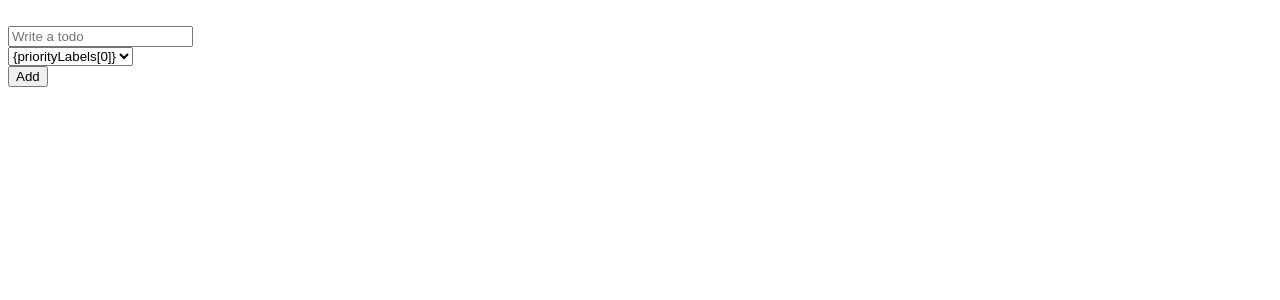
Repository: nicobrinkkemper/firebase-svelte-tododemo
Page: src/components/TodoForm.html
These files come from the project's save history. The page is drawn as it stood at one moment and after the next save; the edit follows.
The browser window is 1280 px wide. The pictures show the whole page.

Above is the page before, as saved 2018-11-24 22:58:22.
Console error: SyntaxError: Cannot use import statement outside a module

### src/components/TodoForm.html
<div class="row">
	<div class="col-md-12">
		<br />
		<div class="input-group">
			<input class="form-control text" type="text" required={true} bind:value="text" placeholder="Write a todo" on:keydown="onSubmit(event)"}
			 />
			<div class="input-group-append">
				<Flatpickr options="{ flatpickrOptions }" bind:value="datetime" placeholder="select date and time" />
			</div>
			<select class="form-control priority" bind:value="priority">
				<option value={0}>{priorityLabels[0]}</option>
				<option value={1}>{priorityLabels[1]}</option>
				<option value={2}>{priorityLabels[2]}</option>
			</select>
			<div class="input-group-append">
				<button class="btn btn-primary" on:click="addTodo()">
					Add
				</button>
			</div>
		</div>
	</div>
</div>
<script>
	import constants from "firebase-svelte-tododemo-constants";
	import Flatpickr from "svelte-flatpickr";
	import Store from "../store";

	const addTodo = () => {
	  const { text, datetime, priority } = this.get();
	  this.store.addTodo({
	    text,
	    datetime,
	    priority
	  });
	};
	const onSubmit = event => {
	  if (event.keyCode === 13) addTodo();
	};
	export default {
	  oncreate() {
	    this.store.on("state", ({ todos }) => {
	      console.log(`hello ${todos}`);
	    });
	  },
	  data: () => ({
	    priorityLabels: constants.PRIORITY,
	    text: "",
	    datetime: new Date(),
	    priority: 0,
	    flatpickrOptions: {
	      enableTime: true,
	      defaultDate: new Date(),
	      time_24hr: true,
	      minDate: new Date(),
	      onChange(selectedDates, dateStr, instance) {
	        console.log("Options onChange handler");
	      }
	    }
	  }),
	  components: {
	    Flatpickr
	  },
	  store: () => Store,
	  methods: {
	    onSubmit,
	    addTodo
	  }
	};
</script>
<style>
</style>

After the next save:
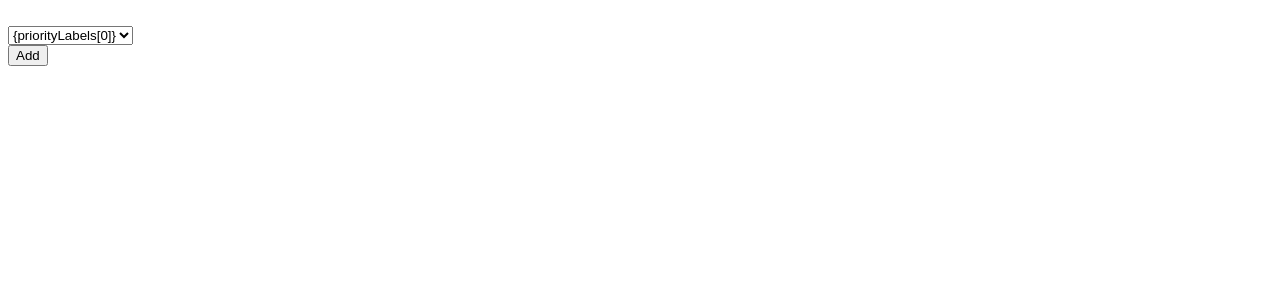
Saved 5 s later.
--- a/src/components/TodoForm.html
+++ b/src/components/TodoForm.html
@@ -2,8 +2,6 @@
 	<div class="col-md-12">
 		<br />
 		<div class="input-group">
-			<input class="form-control text" type="text" required={true} bind:value="text" placeholder="Write a todo" on:keydown="onSubmit(event)"}
-			 />
 			<div class="input-group-append">
 				<Flatpickr options="{ flatpickrOptions }" bind:value="datetime" placeholder="select date and time" />
 			</div>

After the save that followed:
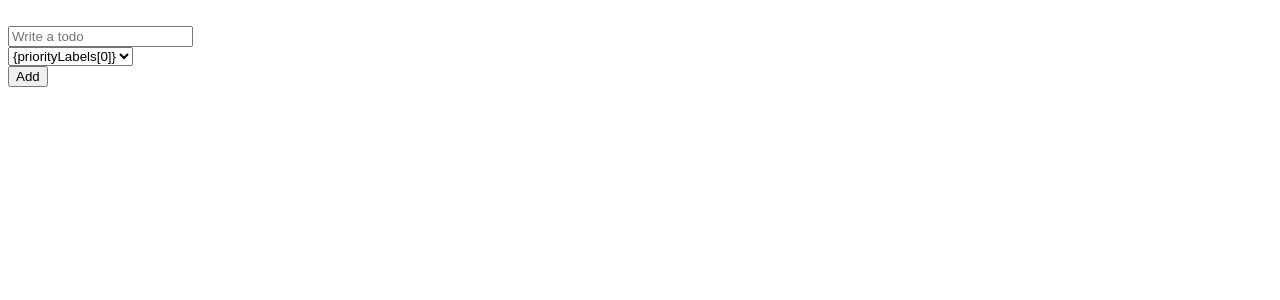
Saved 4 s later.
--- a/src/components/TodoForm.html
+++ b/src/components/TodoForm.html
@@ -2,6 +2,8 @@
 	<div class="col-md-12">
 		<br />
 		<div class="input-group">
+			<input class="form-control text" type="text" required={true} bind:value="text" placeholder="Write a todo" on:keydown="onSubmit(event)"}
+			 />
 			<div class="input-group-append">
 				<Flatpickr options="{ flatpickrOptions }" bind:value="datetime" placeholder="select date and time" />
 			</div>
